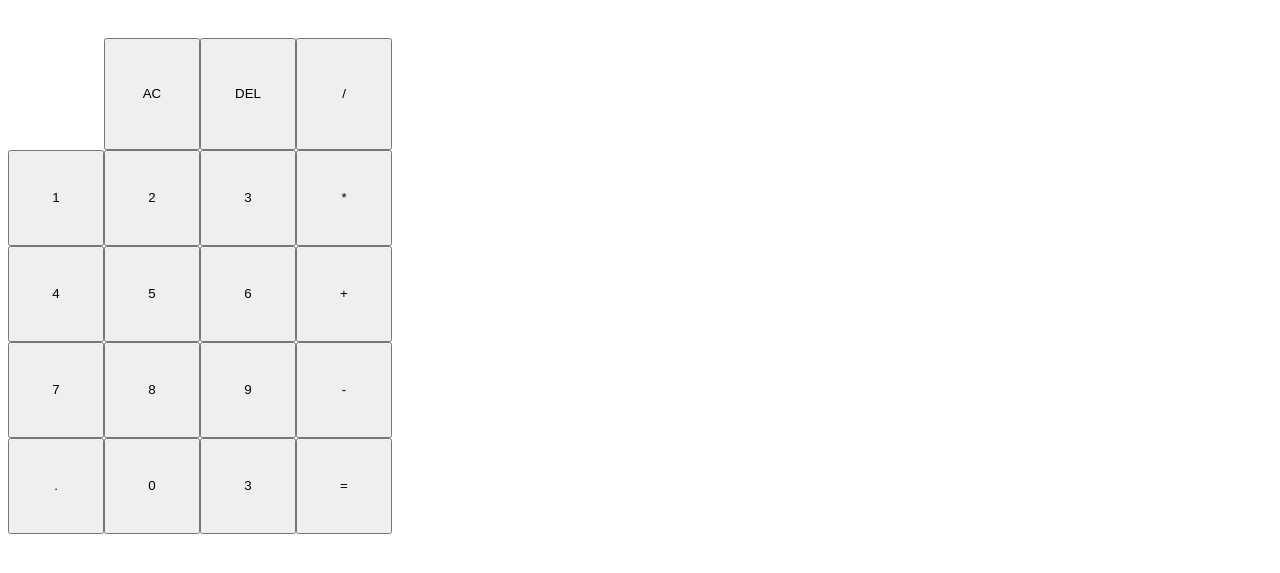
Repository: khadergw/calculator
Page: / (app in calculator/)
The author's editor kept a copy of each file at every save. The page is drawn from the files as they stood at one save, then again after the next save.
The browser window is 1280 px wide. The pictures show the whole page.
The project was rebuilt for these pictures with package versions that can differ from the ones it lists, and the page was loaded fresh each time. Also part of the build but not shown: calculator/src/App.css.

Above is the page before, as saved 2022-09-10 23:18:28.

### calculator/src/App.js
import './App.css';
import './styles.css';

function App() {
  return (
    <div className="CalGrid">
      <div className='output'>
        <div className='prevOper'></div>
        <div className='currOper'></div>
      </div>
      <button className='wider'>AC</button>
      <button>DEL</button>
      <button>/</button>
      <button>1</button>
      <button>2</button>
      <button>3</button>
      <button>*</button>
      <button>4</button>
      <button>5</button>
      <button>6</button>
      <button>+</button>
      <button>7</button>
      <button>8</button>
      <button>9</button>
      <button>-</button>
      <button>.</button>
      <button>0</button>
      <button>3</button>
      <button className='wider'>=</button>


    </div>
  );
}

export default App;

### calculator/src/styles.css
.CalGrid {
  display: grid;
  margin-top: 3%;
  grid-template-columns: repeat(4, 6rem);
  grid-template-rows: minmax(7rem, auto) repeat(5, 6rem);

}

Loaded but not shown: calculator/public/index.html (common file); calculator/src/index.js (common file)

After the next save:
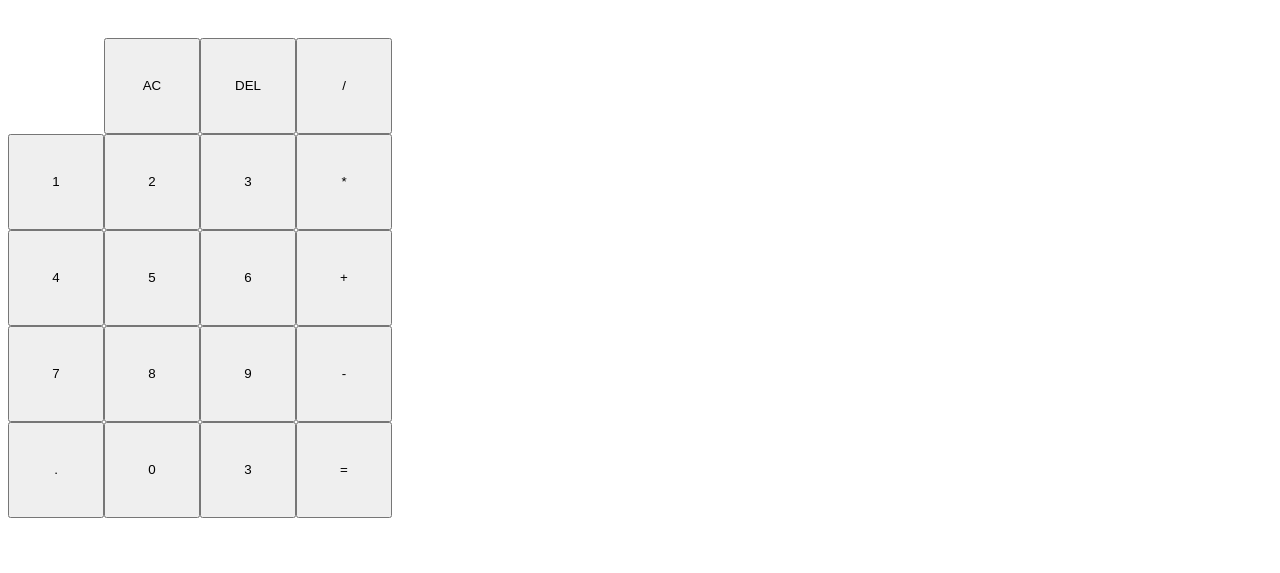
Saved 10 s later.
--- a/calculator/src/styles.css
+++ b/calculator/src/styles.css
@@ -2,6 +2,6 @@
   display: grid;
   margin-top: 3%;
   grid-template-columns: repeat(4, 6rem);
-  grid-template-rows: minmax(7rem, auto) repeat(5, 6rem);
+  grid-template-rows:  repeat(5, 6rem);
 
 }
